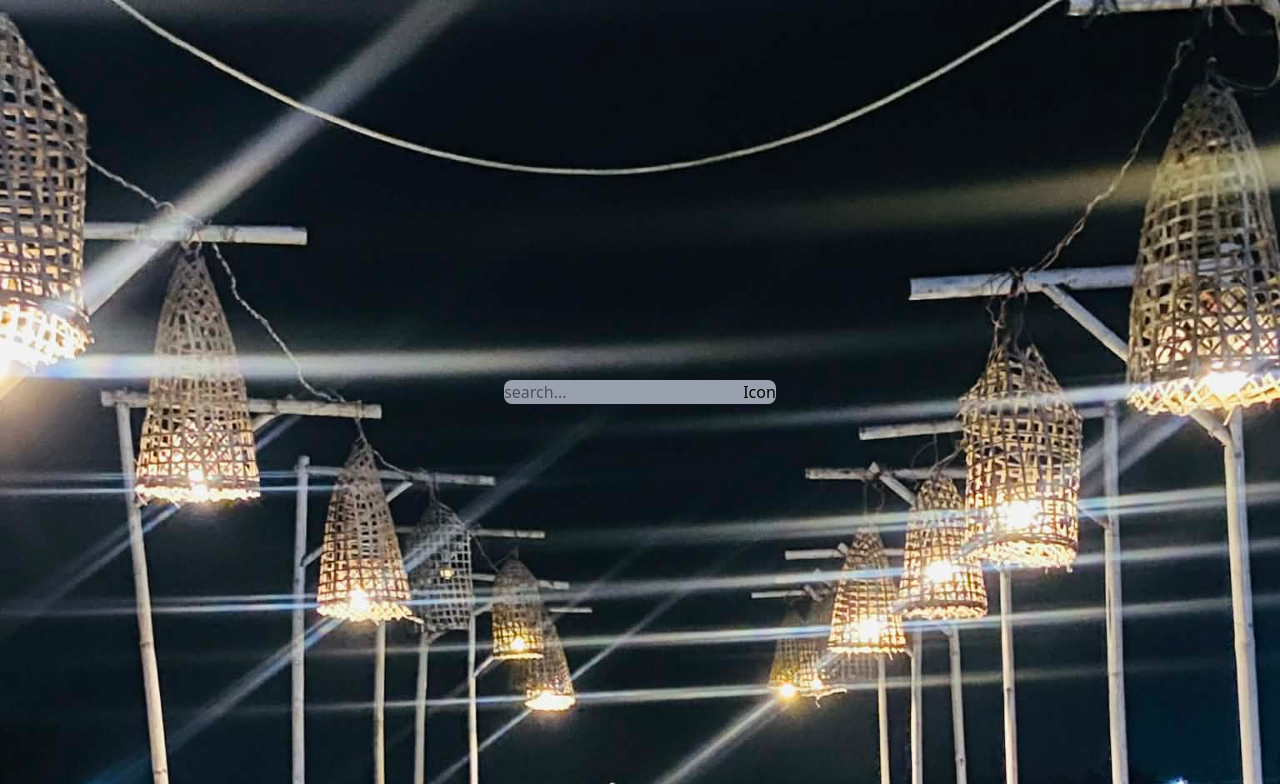
Repository: ridhukhan/chatapp
Page: / (app in frontend/)
The author's editor kept a copy of each file at every save. The page is drawn from the files as they stood at one save, then again after the next save.
The browser window is 1280 px wide. The pictures show the whole page.
Backgrounds fixed to the window are drawn as part of the page. The project was rebuilt for these pictures with package versions that can differ from the ones it lists, and the page was loaded fresh each time. Also part of the build but not shown: frontend/vite.config.js, frontend/src/Pages/login/Login.jsx, frontend/src/Pages/signup/GendarCheckbox.jsx, frontend/src/Pages/signup/SignUp.jsx.

Above is the page before, as saved 2025-12-25 15:00:10.

### frontend/src/index.css
@import "tailwindcss";


body{

background-image: url("/bg1.jpeg");
background-repeat: no-repeat;
background-size: cover;
background-position: center;
background-attachment: fixed;
}

### frontend/src/App.jsx

import './App.css'
import Home from './Pages/home/Home'
import Login from './Pages/login/Login'
import SignUp from './Pages/signup/SignUp'

function App() {

  return (
    <div className='p-4 h-screen flex items-center justify-center'>
<Home/>
    </div>
  )
}

export default App

### frontend/src/Pages/home/Home.jsx
import React from 'react'
import Sidebar from '../../Components/sidebar/Sidebar'

const Home = () => {
  return (
    <div className='bg-gray-400 bg-clip-padding backdrop-filter backdrop-blur-lg bg-opacity-o  flex  rounded-lg overflow-hidden'>




      <Sidebar/>

    </div>
  )
}

export default Home

### frontend/src/Components/sidebar/Sidebar.jsx
import React from 'react'
import SearchInput from './SearchInput'

const Sidebar = () => {
  return (
    <div>
<SearchInput/>
<div  className='divider px-3'></div>

    </div>
  )
}

export default Sidebar

### frontend/src/Components/sidebar/SearchInput.jsx
import React from 'react'

const SearchInput = () => {
  return (
    <form className='flex items-center gap-2'>
<input type='text' placeholder='search...' className='input input-bordered rouunded-full'/>
<button type="submit" className='btn btn-circle'>Icon</button>
    </form>
  )
}

export default SearchInput

Loaded but not shown: frontend/index.html (common file); frontend/src/main.jsx (common file); frontend/src/App.css (common file)

After the next save:
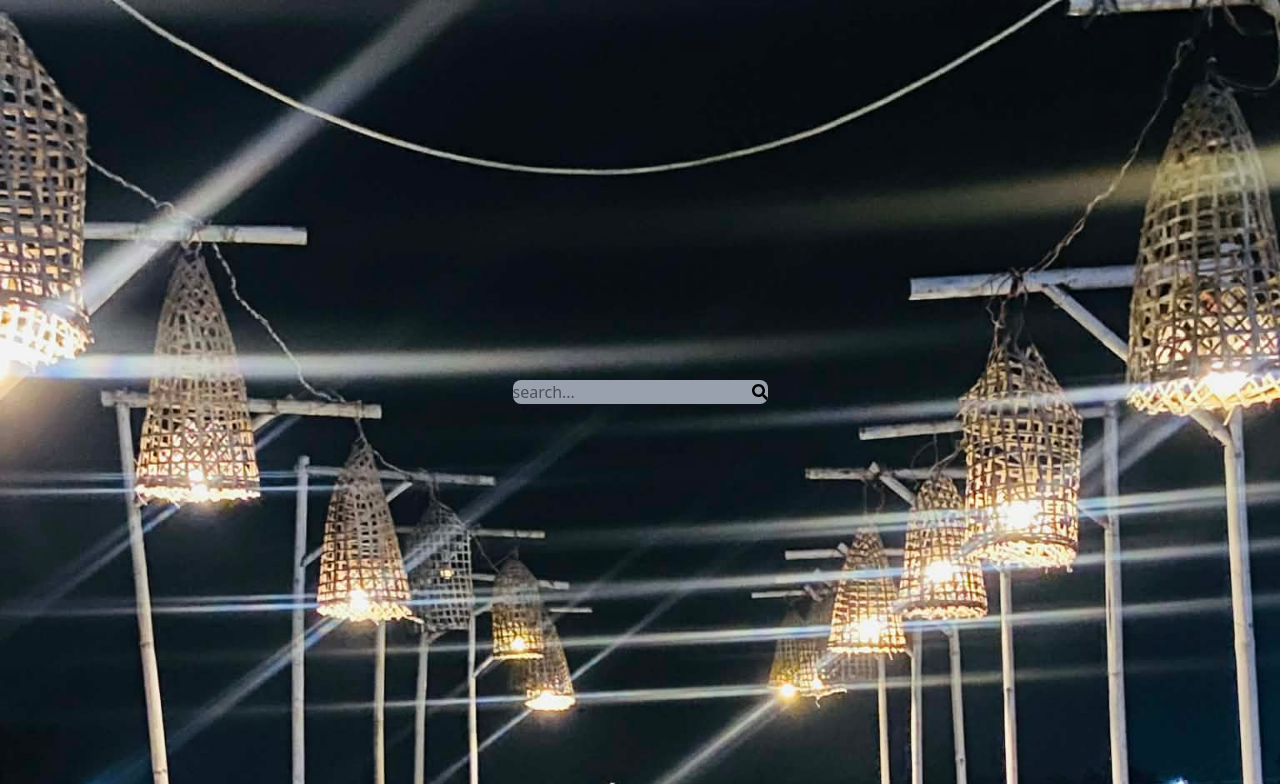
Saved 6 min 11 s later.
--- a/frontend/src/Components/sidebar/SearchInput.jsx
+++ b/frontend/src/Components/sidebar/SearchInput.jsx
@@ -1,10 +1,10 @@
 import React from 'react'
-
+import { FaSearch } from "react-icons/fa";
 const SearchInput = () => {
   return (
     <form className='flex items-center gap-2'>
 <input type='text' placeholder='search...' className='input input-bordered rouunded-full'/>
-<button type="submit" className='btn btn-circle'>Icon</button>
+<button type="submit" className='btn btn-circle'><FaSearch /></button>
     </form>
   )
 }
